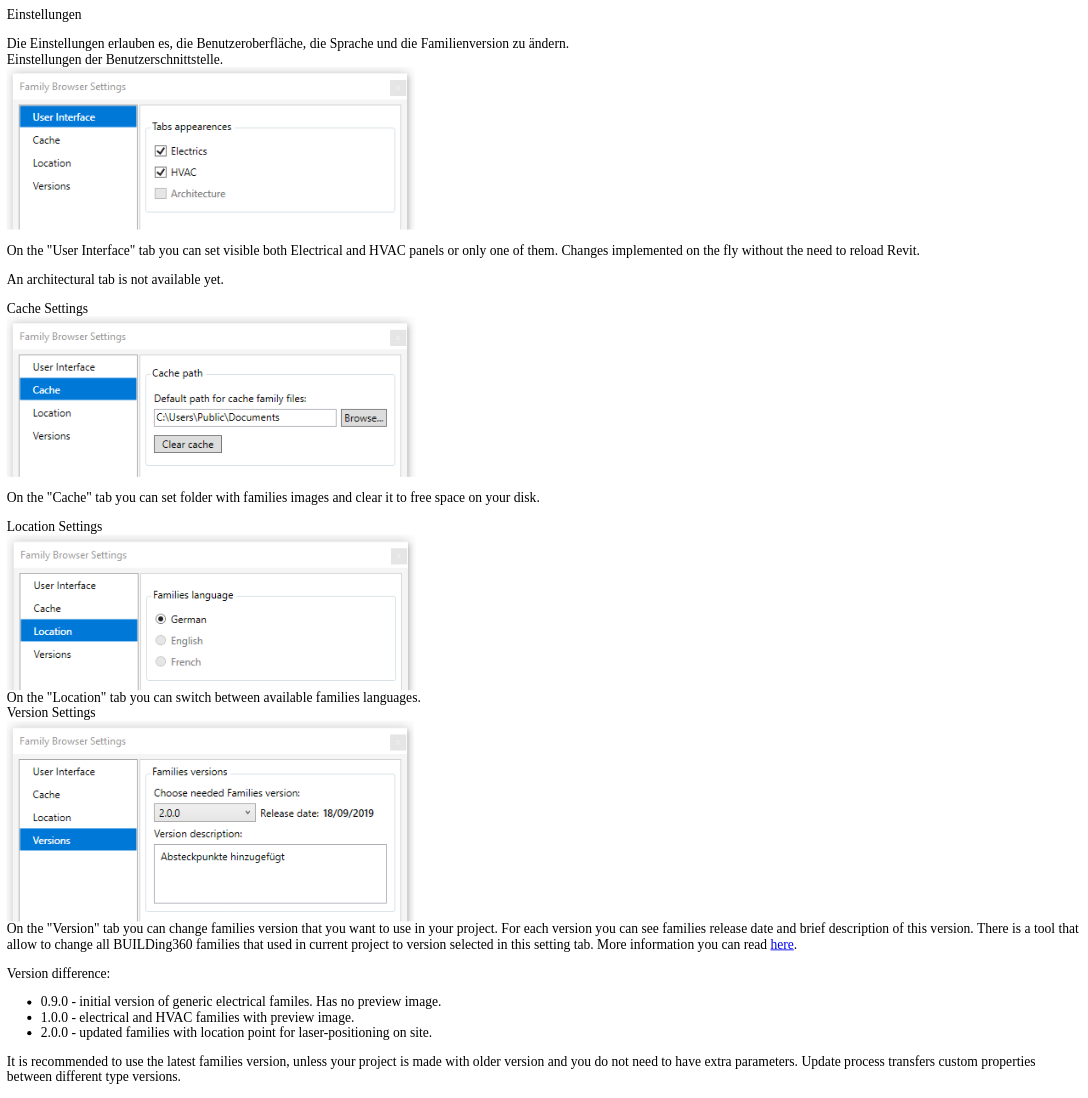
Repository: RomanLavrov/FamilyBrowserUserGuide
Page: http://localhost/FamilyBrowser/application/views/de/settings_view.php
The author's editor kept a copy of each file at every save. The page is drawn from the files as they stood at one save, then again after the next save.
The browser window is 1280 px wide. The pictures show the whole page, at 85% of full size.
The page is run by PHP 8.4 with error messages shown; the project is at /var/www/html/.

Above is the page before, as saved 2019-10-24 16:01:33.

After the next save:
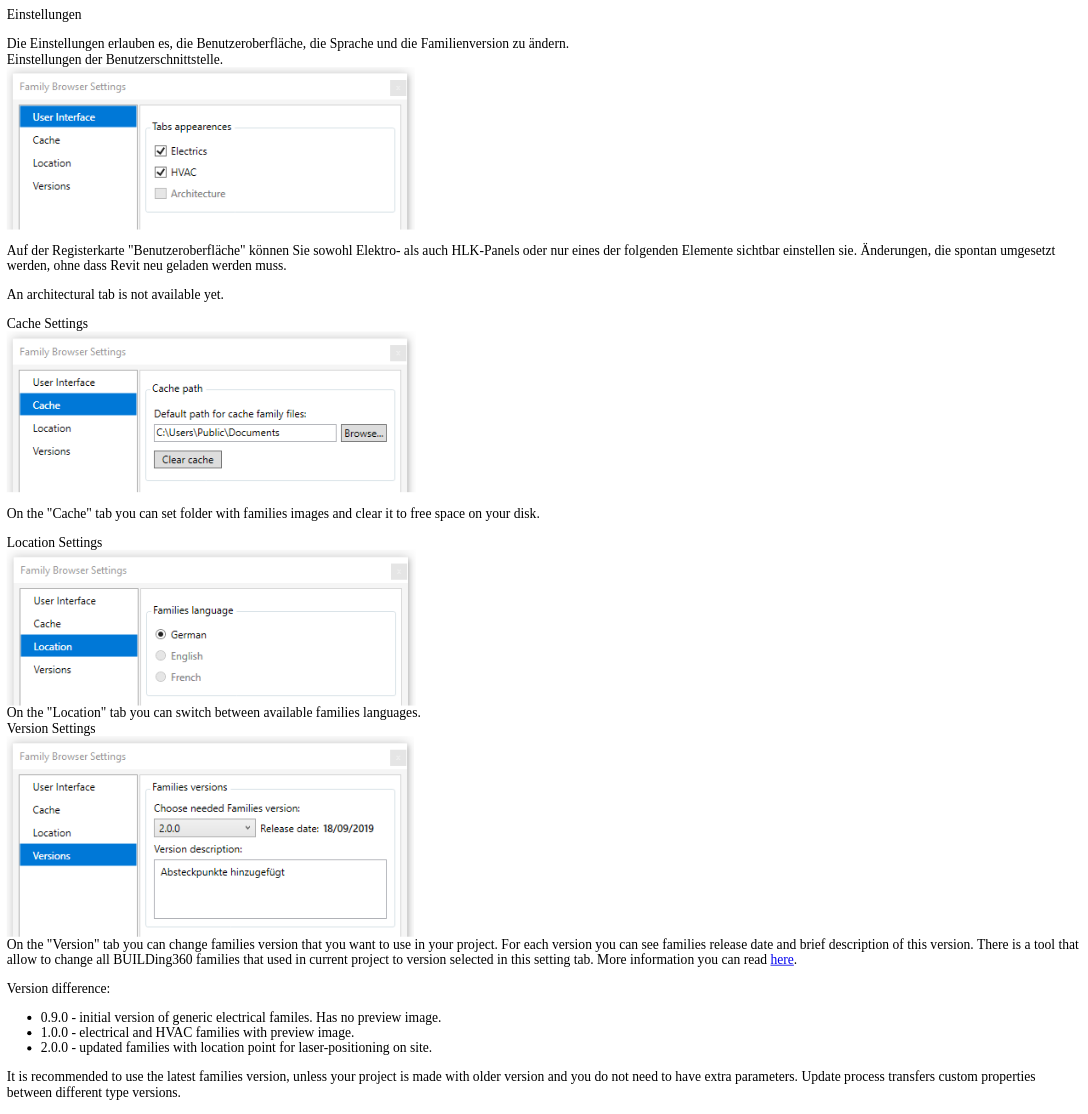
Saved 14 s later.
--- a/FamilyBrowser/application/views/de/settings_view.php
+++ b/FamilyBrowser/application/views/de/settings_view.php
@@ -14,9 +14,9 @@
             </div>
 
             <div class="col-md-5">
-                  <p>On the "User Interface" tab you can set visible both Electrical and HVAC panels or only one of
-                        them.
-                        Changes implemented on the fly without the need to reload Revit. </p>
+                  <p>Auf der Registerkarte "Benutzeroberfläche" können Sie sowohl Elektro- als auch HLK-Panels oder nur eines der folgenden Elemente sichtbar einstellen
+                        sie.
+                        Änderungen, die spontan umgesetzt werden, ohne dass Revit neu geladen werden muss. </p>
                   <p>An architectural tab is not available yet.</p>
             </div>
       </div>
